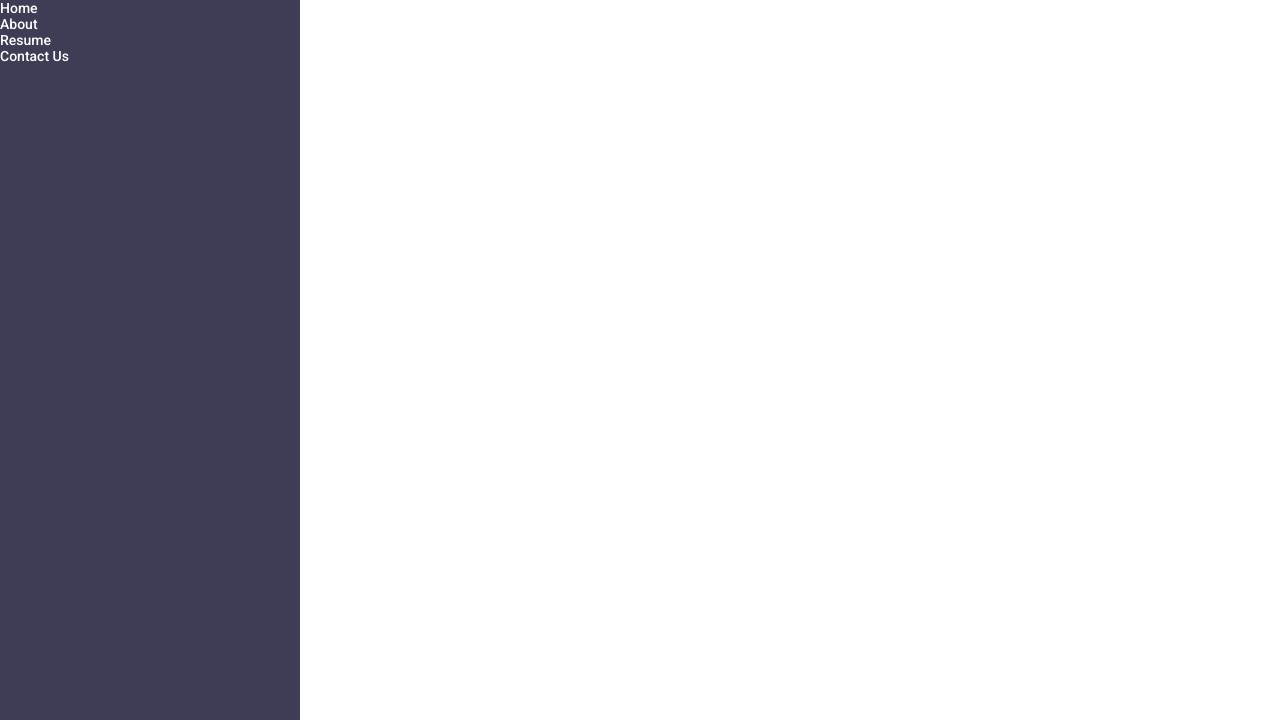
Repository: kebinh1235/porfolio-demo
Page: index.html
An editor plug-in stored every save of this project. The page is shown before and after the next save, followed by the edit.
The browser window is 1280 px wide. The pictures show the whole page.
Some web libraries are served in a nearby version.

Above is the page before, as saved 2021-10-19 23:06:28.

### index.html
<!DOCTYPE html>
<html lang="en">
<head>
  <meta charset="UTF-8">
  <meta http-equiv="X-UA-Compatible" content="IE=edge">
  <meta name="viewport" content="width=device-width, initial-scale=1.0">
  <title>Document</title>
  <!--CSS-->
  <link rel="stylesheet" href="./css/style.css">
</head>
<body>
  <!-- header -->
  <header>
    <div class="container">
      <nav class="navbar">
        <!-- logo -->
        <div class="navbar__logo">
          <img src="./img/logo.svg" alt="Website logo">
        </div>
        <!-- links -->
        <ul class="navbar__list">
          <li class="navbar__item"><a href="#" class="navbar__link">Home</a></li>
          <li class="navbar__item"><a href="#" class="navbar__link">About</a></li>
          <li class="navbar__item"><a href="#" class="navbar__link">Resume</a></li>
          <li class="navbar__item"><a href="#" class="navbar__link">Contact Us</a></li>
        </ul>
        <!-- menu mobile -->
        <div class="navbar__icons">
          <div class="navbar__icon"></div>
        </div>
      </nav>
    </div>
  </header>


  <!--Font awesome-->
  <script src="https://kit.fontawesome.com/5d1e581bbe.js" crossorigin="anonymous"></script>
  <!--JS-->
  <script src="./js/main.js"></script>
</body>
</html>

### css/style.css
@import url('https://fonts.googleapis.com/css2?family=Roboto:wght@300;500&display=swap');
:root {
  --green: #54B192;
  --green-l: #A4CEC0;
  --gray: #3F3D56;
  --white: #fff;
  --smooth: all .3s linear;
}
* {
  margin: 0;
  padding: 0;
  box-sizing: border-box;
  list-style-type: none;
  text-decoration: none;
}
html {
  scroll-behavior: smooth;
  font-size: 62.5%;
}
body {
  font-family: "Roboto", sans-serif;
}
img {
  max-width: 100%;
  width: 100%;
}
.container {
  max-width: 1200px;
  width: 100%;
  margin: 0 auto;
  padding: 0 10px;
}
.btn {
  text-align: center;
  background: var(--gray);
  color: var(--white);
  padding: .8rem 2.5rem;
  border: none;
  border-radius: 100px;
  cursor: pointer;
  transition: var(--smooth);
}
/*header*/
header {
  position: fixed;
  width: 100%;
}
.navbar {
  display: flex;
  justify-content: space-between;
  align-items: center;
  padding: 20px 0;
}
.navbar__logo {
  width: 57px;
  height: 57px;
  object-fit: cover;
}
.navbar__logo img {
  width: 100%;
}
.navbar__list{
  position: fixed;
  top: 0;
  left: 0;
  bottom: 0;
  background: var(--gray);
  width: 300px;
}
.navbar__item{

}
.navbar__link{
  font-size: 1.4rem;
  color: var(--white);
}
.navbar__btn{

}

@media screen and (min-width: 992px) {
  .navbar__icons {
    display: block;
  }
}

Loaded but not shown: js/main.js (no copy from this time; the picture is the same without it)

After the next save:
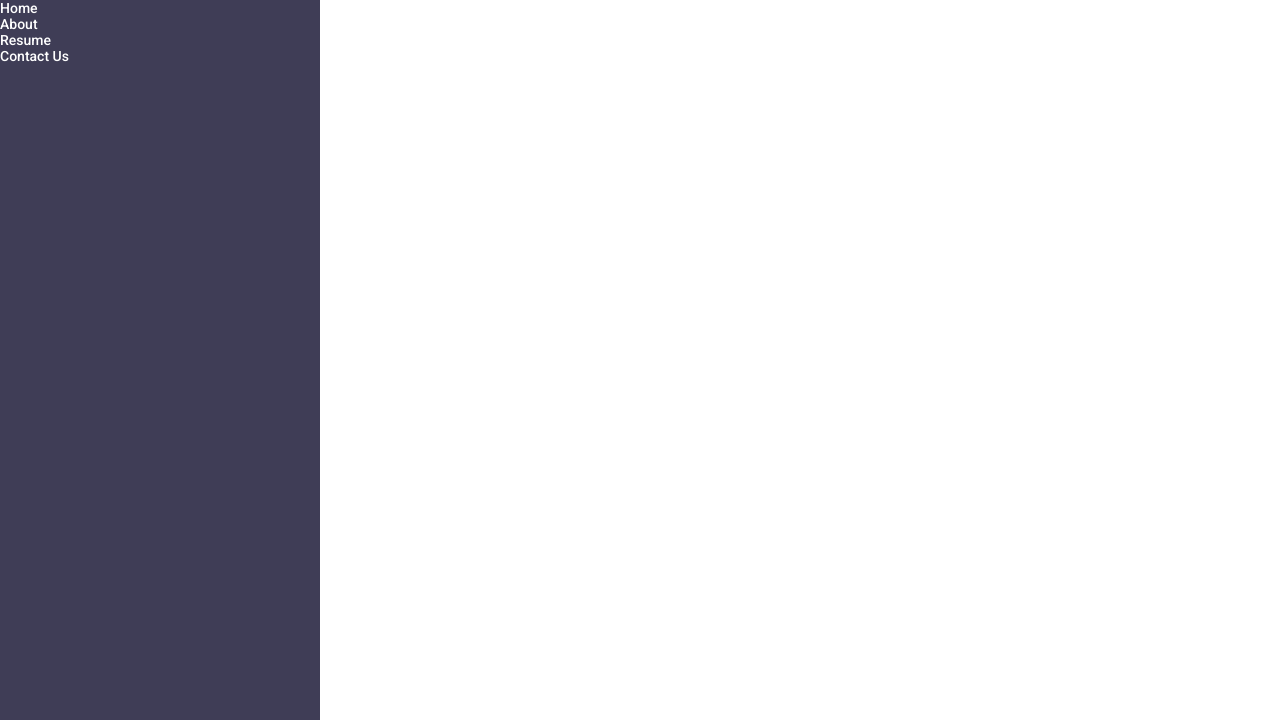
Saved 9 s later.
--- a/css/style.css
+++ b/css/style.css
@@ -65,7 +65,8 @@ header {
   left: 0;
   bottom: 0;
   background: var(--gray);
-  width: 300px;
+  width: 320px;
+  max-width: 100%;
 }
 .navbar__item{
 
